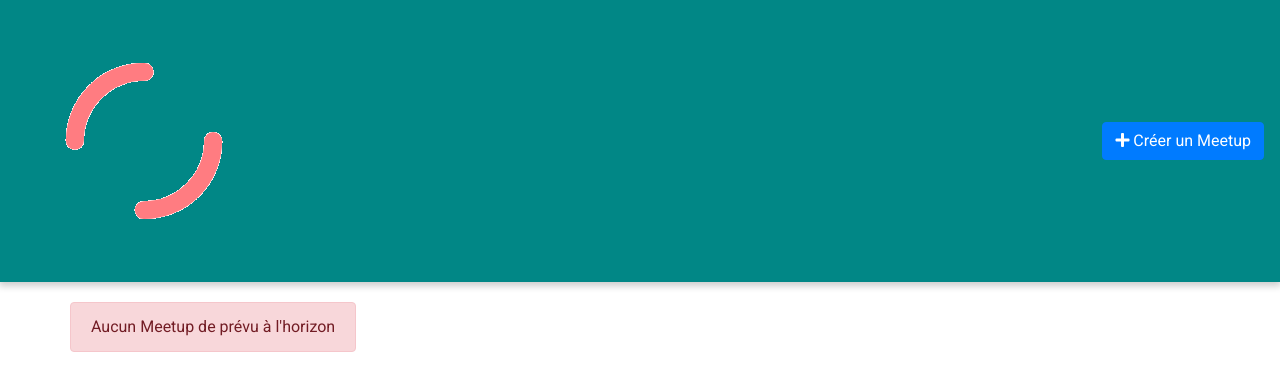
Repository: Symfomany/backandfront
Page: / (app in front/)
These files come from the project's save history. The page is drawn as it stood at one moment and after the next save; the edit follows.
The browser window is 1280 px wide. The pictures show the whole page.
The page's requests for data from a server got no answer. Some web libraries are served in a nearby version. The project was rebuilt for these pictures with package versions that can differ from the ones it lists, and the page was loaded fresh each time. No one was signed in, and anything a server would have sent is missing. Also part of the build but not shown: front/src/Meetup.css, front/src/Meetup.js, front/src/FormMeetup.js, front/src/App.css.

Above is the page before, as saved 2018-05-28 20:54:33.

### front/public/index.html
<!DOCTYPE html>
<html lang="en">

<head>
  <meta charset="utf-8">
  <meta name="viewport" content="width=device-width, initial-scale=1, shrink-to-fit=no">
  <meta name="theme-color" content="#000000">
  <!--
      manifest.json provides metadata used when your web app is added to the
      homescreen on Android. See https://developers.google.com/web/fundamentals/engage-and-retain/web-app-manifest/
    -->
  <link rel="manifest" href="%PUBLIC_URL%/manifest.json">
  <link rel="shortcut icon" href="%PUBLIC_URL%/favicon.ico">
  <!--
      Notice the use of %PUBLIC_URL% in the tags above.
      It will be replaced with the URL of the `public` folder during the build.
      Only files inside the `public` folder can be referenced from the HTML.

      Unlike "/favicon.ico" or "favicon.ico", "%PUBLIC_URL%/favicon.ico" will
      work correctly both with client-side routing and a non-root public URL.
      Learn how to configure a non-root public URL by running `npm run build`.
    -->
  <title>React App</title>
  <link rel="stylesheet" href="https://use.fontawesome.com/releases/v5.0.13/css/all.css" />
  <link href="https://fonts.googleapis.com/css?family=Roboto:100,300,400,500,700,700i,900i" rel="stylesheet">



</head>

<body>
  <noscript>
    You need to enable JavaScript to run this app.
  </noscript>
  <div id="root"></div>
  <!--
      This HTML file is a template.
      If you open it directly in the browser, you will see an empty page.

      You can add webfonts, meta tags, or analytics to this file.
      The build step will place the bundled scripts into the <body> tag.

      To begin the development, run `npm start` or `yarn start`.
      To create a production bundle, use `npm run build` or `yarn build`.
    -->
</body>

</html>

### front/src/index.js
import React from "react";
import ReactDOM from "react-dom";
import App from "./App";
import registerServiceWorker from "./registerServiceWorker";
import "./index.css";
import "bootstrap/dist/css/bootstrap.min.css";
import { BrowserRouter } from "react-router-dom";

ReactDOM.render(
  <BrowserRouter>
    <App />
  </BrowserRouter>,
  document.getElementById("root")
);
registerServiceWorker();

### front/src/App.js
import React, { Component } from "react";
import Liste from "./Liste";
import FormMeetup from "./FormMeetup";
import Navbar from "./Navbar";
import ajax from "./config"; // configuration of Ajax
import { Route } from "react-router-dom";
import "./App.css";
/**
 * Class App
 */
class App extends Component {
  /**
   * Constructor
   */
  constructor(props) {
    super(props);
    this.state = {
      meetups: []
    };
    this.refresh = this.refresh.bind(this);
  }

  /**
   * Fetch api
   * Une fois que le composant est monté
   */
  componentDidMount() {
    ajax.get("/liste").then(res => this.setState({ meetups: res.data }));
  }

  /**
   * Refresh all meetups after actions
   */
  refresh(meetups) {
    this.setState({
      meetups
    });
  }

  /**
   * Render App
   */
  render() {
    /**
     * Syntaxe Fonctionnelle d'un composant
     * Différent rendus de composant avec props
     * (HOC simple)
     */
    const MyListe = props => {
      return (
        <Liste refresh={this.refresh} meetups={this.state.meetups} {...props} />
      );
    };
    const MeetupForm = props => {
      return <FormMeetup refresh={this.refresh} {...props} />;
    };

    return (
      <div>
        <Navbar />

        <div className="container">
          {/* Declarations of Routes  --> */}

          <Route exact path="/" render={MyListe} />
          <Route path="/create" render={MeetupForm} />
          <Route path="/update/:id" render={MeetupForm} />
        </div>
      </div>
    );
  }
}

export default App;

### front/src/index.css
body {
  font-family: "Roboto", sans-serif !important;
}

### front/src/Liste.js
import React, { Component } from "react";
import ajax from "./config";
import Meetup from "./Meetup";
import "./Liste.css";
import { Link } from "react-router-dom";

class Liste extends Component {
  constructor(props) {
    super(props);
    this.state = {};
    this.remove = this.remove.bind(this);
  }

  update(meetup) {
    this.props.history.push({
      pathname: "/create",
      update: true,
      state: { meetup }
    });
  }

  remove(meetup) {
    ajax
      .get(`/remove/${meetup.id}`)
      .then(response => {
        this.props.refresh(response.data);
      })
      .catch(e => alert("Erreur, veuillez réessayer plus tard"));
  }

  render() {
    return (
      <div>
        <div className="row">
          {this.props.meetups.length === 0 && (
            <div className="alert alert-danger">
              Aucun Meetup de prévu à l'horizon
            </div>
          )}
          {this.props.meetups.length > 0 &&
            this.props.meetups.map(meetup => (
              <Meetup remove={this.remove} meetup={meetup} key={meetup.id} />
            ))}
        </div>
      </div>
    );
  }
}

export default Liste;

### front/src/Navbar.js
import React, { Component } from "react";
import Profil from "./Profil";
import { Link } from "react-router-dom";

import "./Navbar.css";
class Navbar extends Component {
  constructor(props) {
    super(props);
    this.state = {};
  }
  render() {
    return (
      <nav className="navbar ">
        <a className="navbar-brand" href="#">
          <Profil />
        </a>
        <Link to="/create" className="btn btn-primary">
          <i className="fa fa-plus" /> Créer un Meetup
        </Link>
      </nav>
    );
  }
}

export default Navbar;

### front/src/config.js
import axios from "axios";

const ajax = axios.create({
  baseURL: "http://localhost:4000/api",
  timeout: 10000
});

export default ajax;

### front/src/Liste.css
div.item {
  padding: 10px;
  margin: 10px;
  border: 1px solid #eee;
}
div.item h4 {
  color: brown;
  font-size: 24px;
}
div.item p {
  text-align: justify;
}
.row {
  margin-right: 0px;
  margin-left: 0px;
}

### front/src/Profil.js
import React, { Component } from "react";
import ajax from "./config";
import Loader from "./Loader";

class Profil extends Component {
  /**
 * Init
 */
  constructor(props) {
    super(props);
    this.state = {
      profil: {}
    };
  }

  /**
     * fetch api
     */
  componentDidMount() {
    ajax.get("/").then(res => this.setState({ profil: res.data }));
    ajax.get("/liste").then(res => this.setState({ meetups: res.data }));
  }

  /**
   *
   */
  render() {
    return this.state.profil.username ? (
      <h4>Bonjour {this.state.profil.username}</h4>
    ) : (
      <Loader />
    );
  }
}

export default Profil;

### front/src/Navbar.css
nav.navbar {
  margin-bottom: 20px;
  box-shadow: 0px 3px 7px 1px rgba(0, 0, 0, 0.2);
  background-color: #018786;
}
nav.navbar a {
  color: white;
}

### front/src/Loader.js
import React, { Component } from "react";

import loader from "./loader.gif";

class Loader extends Component {
  constructor(props) {
    super(props);
    this.state = {};
  }
  render() {
    return <img src={loader} />;
  }
}

export default Loader;

Loaded but not shown: front/src/registerServiceWorker.js (common file)

After the next save:
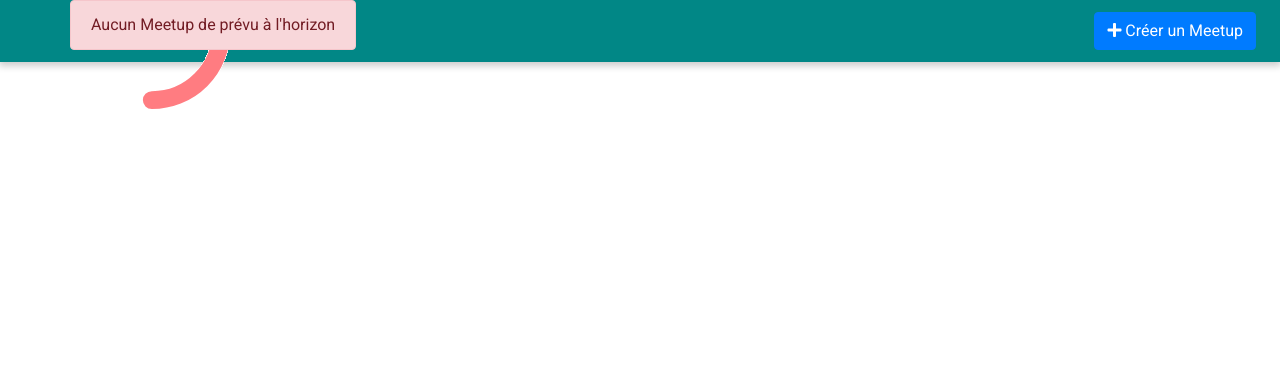
Saved 24 s later.
--- a/front/src/Navbar.css
+++ b/front/src/Navbar.css
@@ -2,6 +2,15 @@
   margin-bottom: 20px;
   box-shadow: 0px 3px 7px 1px rgba(0, 0, 0, 0.2);
   background-color: #018786;
+  position: fixed;
+  top: 0;
+  left: 0;
+  display: flex;
+  flex-flow: row nowrap;
+  align-items: center;
+  width: 100%;
+  height: 62px;
+  padding: 0 24px;
 }
 nav.navbar a {
   color: white;
